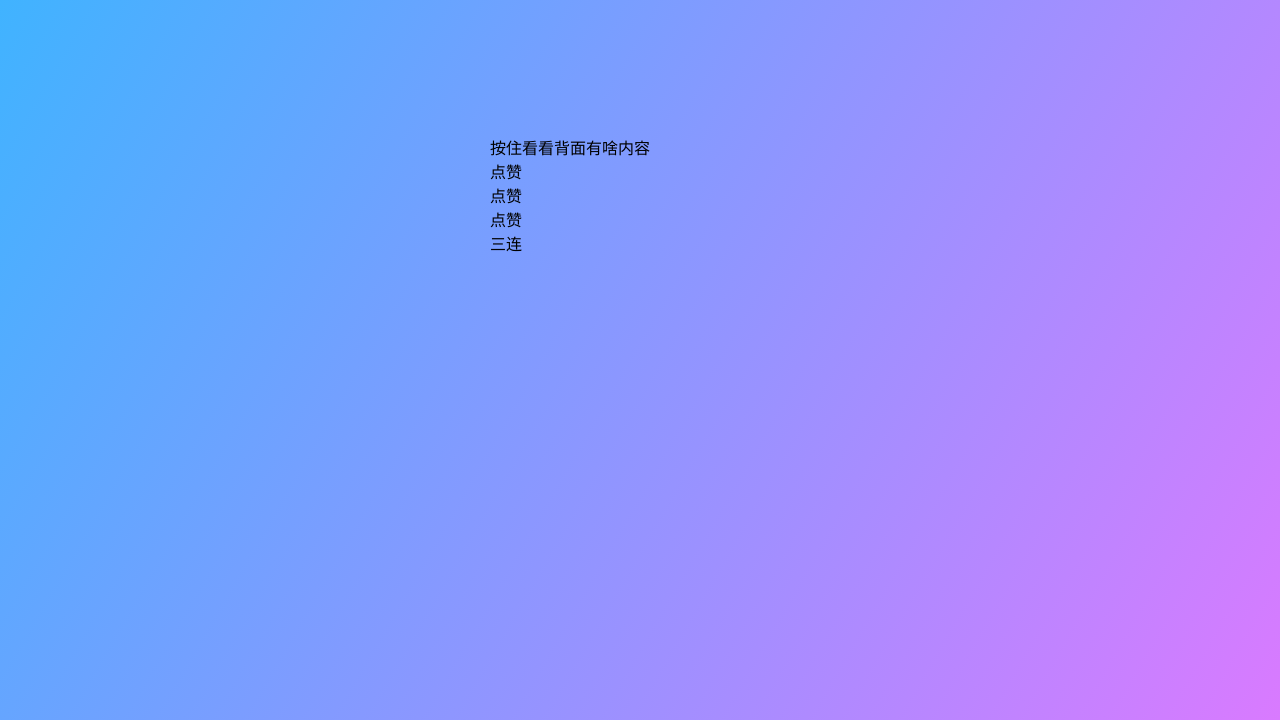
Repository: triumph-star/CSS-practice
Page: One CSS per day/overturn/index.html
The author's editor kept a copy of each file at every save. The page is drawn from the files as they stood at one save, then again after the next save.
The browser window is 1280 px wide. The pictures show the whole page.

Above is the page before, as saved 2020-11-17 09:28:48.

### One CSS per day/overturn/index.html
<!DOCTYPE html>
<html lang="en">
<head>
  <meta charset="UTF-8">
  <meta name="viewport" content="width=device-width, initial-scale=1.0">
  <title>翻转卡片</title>
  <link href="./css.css" rel="stylesheet"></link>
</head>
<body>
  <div class="card">
    <!-- 卡片正面 -->
    <div class="card_front">
      <p>按住看看背面有啥内容</p>
    </div>
    <!-- 卡片背面 -->
    <div class="card_back">
      <p>点赞</p>
      <p>点赞</p>
      <p>点赞</p>
      <p>三连</p>
    </div>
  </div>
</body>
</html>

### One CSS per day/overturn/css.css
* {
  margin: 0;
  padding: 0;
  user-select: none;
}

body {
  perspective: 1600px;
  height: 100vh;
  width: 100%;
  display: flex;
  justify-content: center;
  align-items: center;
  background-image: linear-gradient(120deg,#40b3ff,#d97aff);
}

.card{
  position: relative;
  transform-style: preserve-3d;
  width: 300px;
  height: 450px;
  cursor: pointer;
  box-shadow: ;
}

After the next save:
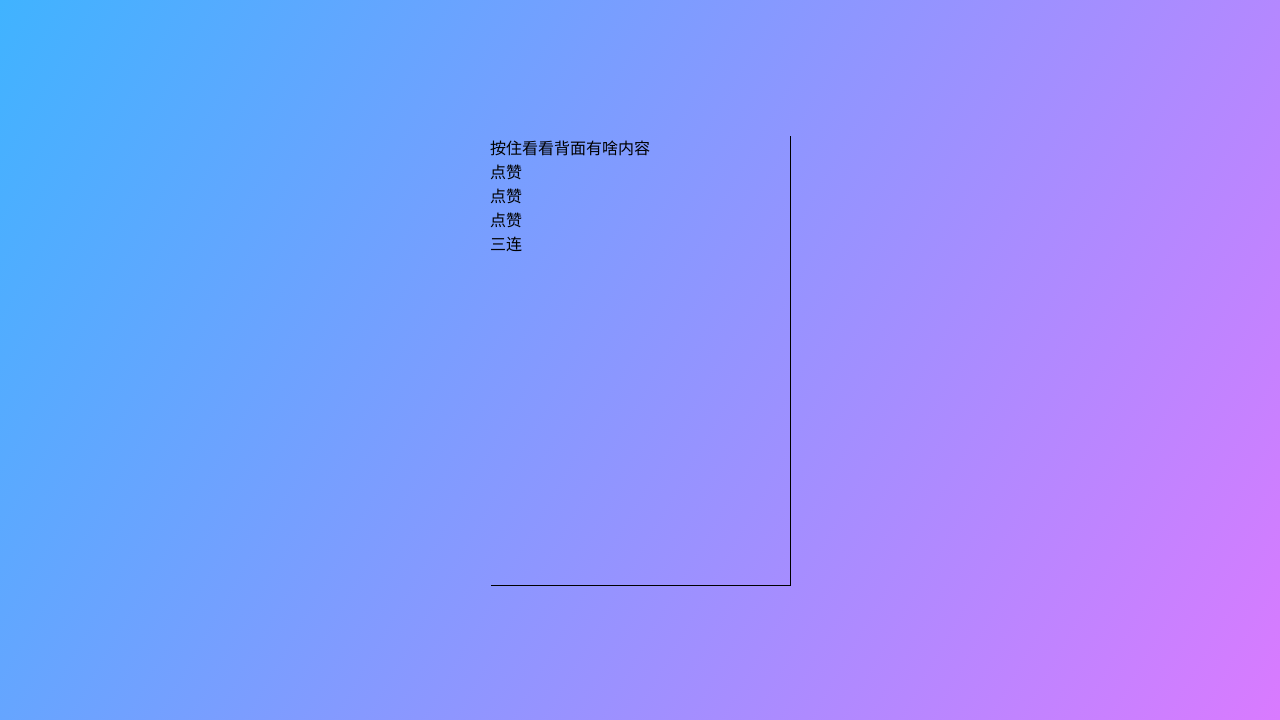
Saved 5 s later.
--- a/One CSS per day/overturn/css.css
+++ b/One CSS per day/overturn/css.css
@@ -20,5 +20,5 @@
   width: 300px;
   height: 450px;
   cursor: pointer;
-  box-shadow: ;
+  box-shadow: 1px 1px ;
 }

After the 3 saves that followed:
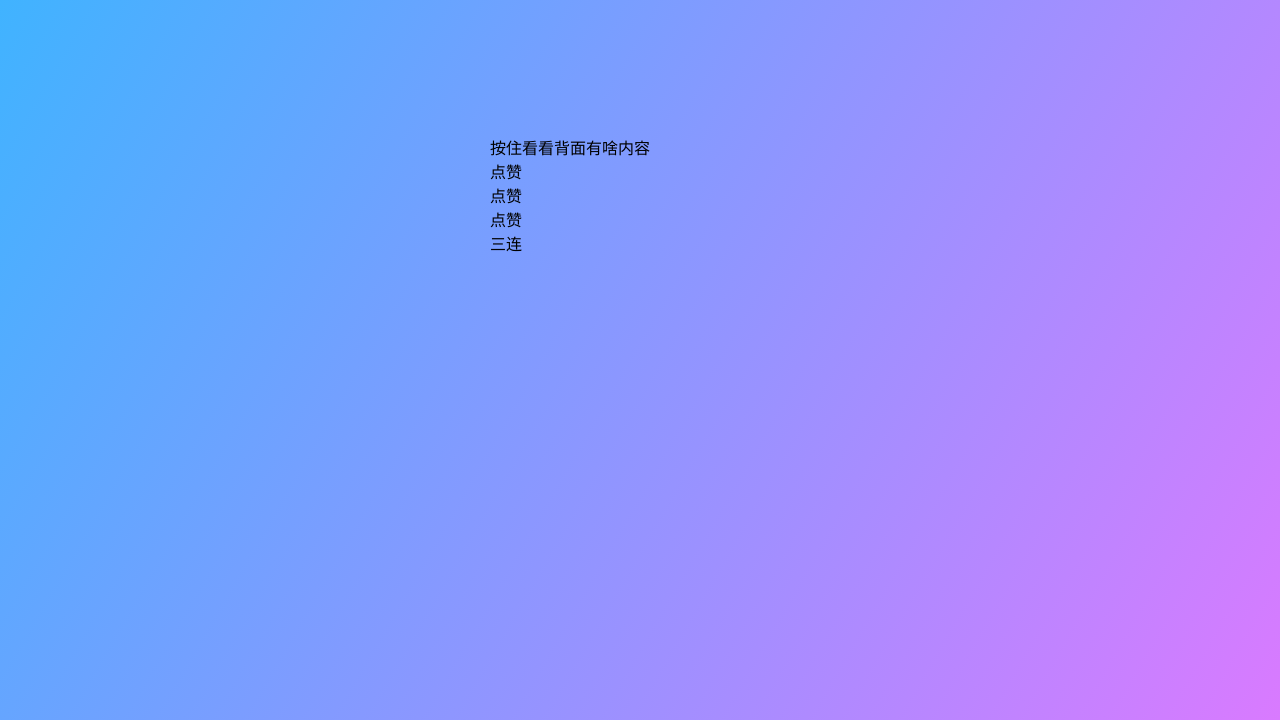
The 3 saves are shown as one change because they came seconds apart.
The last was saved 9 s later.
--- a/One CSS per day/overturn/css.css
+++ b/One CSS per day/overturn/css.css
@@ -20,5 +20,5 @@
   width: 300px;
   height: 450px;
   cursor: pointer;
-  box-shadow: 1px 1px ;
+  box-shadow: 1px 1px 20px rgba(0, green, blue, alpha);
 }
